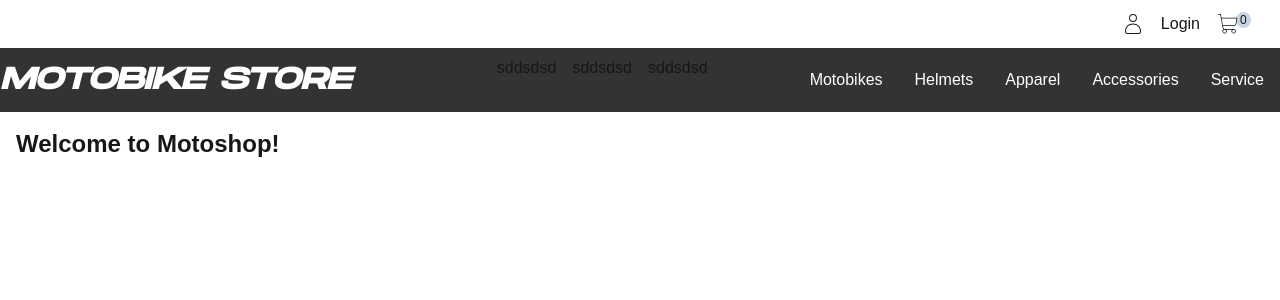
Repository: Than-sothearak/next-motoshop
Page: /
These files come from the project's save history. The page is drawn as it stood at one moment and after the next save; the edit follows.
The browser window is 1280 px wide. The pictures show the whole page.
The project was rebuilt for these pictures with package versions that can differ from the ones it lists, and the page was loaded fresh each time. The framework's server and built-in components were replaced by stand-ins that run in the browser. Also part of the build but not shown: next.config.mjs.

Above is the page before, as saved 2024-10-10 21:35:18.

### app/layout.js
import localFont from "next/font/local";
import "./globals.css";
import Navbar from "./components/Navbar";

export const metadata = {
  title: "Create Next App",
  description: "Generated by create next app",
};

export default function RootLayout({ children }) {
  return (
    <html lang="en">
      <body

      >
        <Navbar />
        {children}
      </body>
    </html>
  );
}

### app/page.js
export default function Home() {
  return (
    <div className="p-4">
    <h1 className="text-2xl font-bold">Welcome to Motoshop!</h1>
    {/* Product listing here */}
  </div>
  );
}

### app/components/Navbar.js
"use client";
import { PiShoppingCartThin } from "react-icons/pi";
import { CiUser } from "react-icons/ci";
import { usePathname } from "next/navigation";
const links = [
  { title: "Motobikes", link: "/motobike" },
  {
    title: "Helmets",
    link: "/helmets",
    subLink: [{ title: "Fullface", link: "/helmets/fullface" }],
  },
  { title: "Apparel", link: "/apparel" },
  { title: "Accessories", link: "/accessories" },
  { title: "Service", link: "/service" },
];
export default function Navbar() {
  const partName = usePathname();
  console.log(partName);
  return (
    <>
      <div className="flex gap-4 h-12 justify-end px-10 items-center">
        <CiUser size={24} className="cursor-pointer" />
        Login
        <div>
          <div className="relative">
            <p className="absolute bg-slate-300 text-xs rounded-full px-1 left-5">
              0
            </p>
          </div>
          <PiShoppingCartThin size={24} className="relative cursor-pointer" />
        </div>
      </div>
      <nav className="mx-auto text-black bg-black/80 flex justify-between relative">
        <div className="container mx-auto flex justify-between items-center">
          <div className="h-16 flex justify-center items-center">
            <a
              href="/"
              className="italic font-bold text-3xl font-monument text-white uppercase"
            >
              Motobike store
            </a>
          </div>

          <div className="flex text-white">
            {links.map((link) => (
              <div
                key={link.title}
                className={`${
                  partName === link.link ? "bg-black underline" : ""
                } flex gap-4 h-16 px-4 justify-center items-center`}
              >
                <a href={link.link} className="cursor-pointer hover:underline">
                  <h3>{link.title} </h3>
                </a>
              </div>
            ))}
          </div>
        </div>
      </nav>

      <div className="container mx-auto shadow-sm p-4 h-16 justify-center flex absolute z-20 top-10">
        <div>
          <ul className="grid grid-cols-4 gap-4">
            <a>sddsdsd</a>
            <a>sddsdsd</a>
            <a>sddsdsd</a>
          </ul>
        </div>
      </div>
    </>
  );
}

Loaded but not shown: app/globals.css (common file); tailwind.config.js (common file)

After the next save:
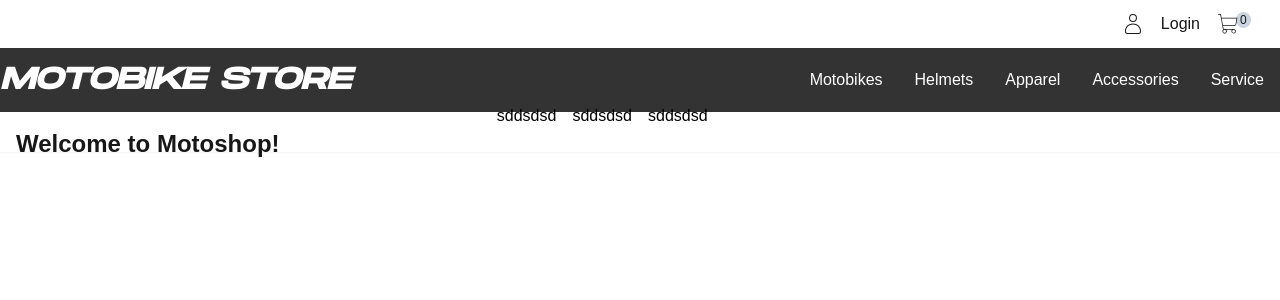
Saved 6 s later.
--- a/app/components/Navbar.js
+++ b/app/components/Navbar.js
@@ -56,7 +56,6 @@ export default function Navbar() {
             ))}
           </div>
         </div>
-      </nav>
 
       <div className="container mx-auto shadow-sm p-4 h-16 justify-center flex absolute z-20 top-10">
         <div>
@@ -67,6 +66,8 @@ export default function Navbar() {
           </ul>
         </div>
       </div>
+      </nav>
+
     </>
   );
 }
